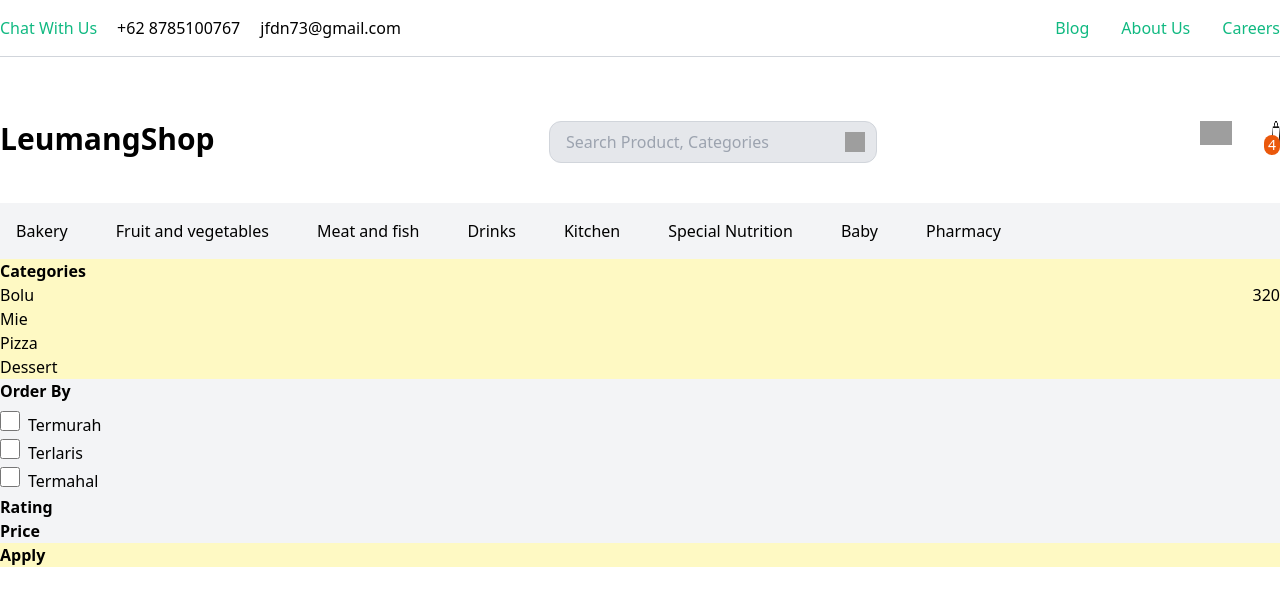
Repository: jafetdn73/ecommerce-tailwind
Page: /
An editor plug-in stored every save of this project. The page is shown before and after the next save, followed by the edit.
The browser window is 1280 px wide. The pictures show the whole page.
Pictures or frames that could not be fetched are drawn as grey boxes. The project was rebuilt for these pictures with package versions that can differ from the ones it lists, and the page was loaded fresh each time. Also part of the build but not shown: src/App.css.

Above is the page before, as saved 2022-03-13 12:34:09.

After the next save:
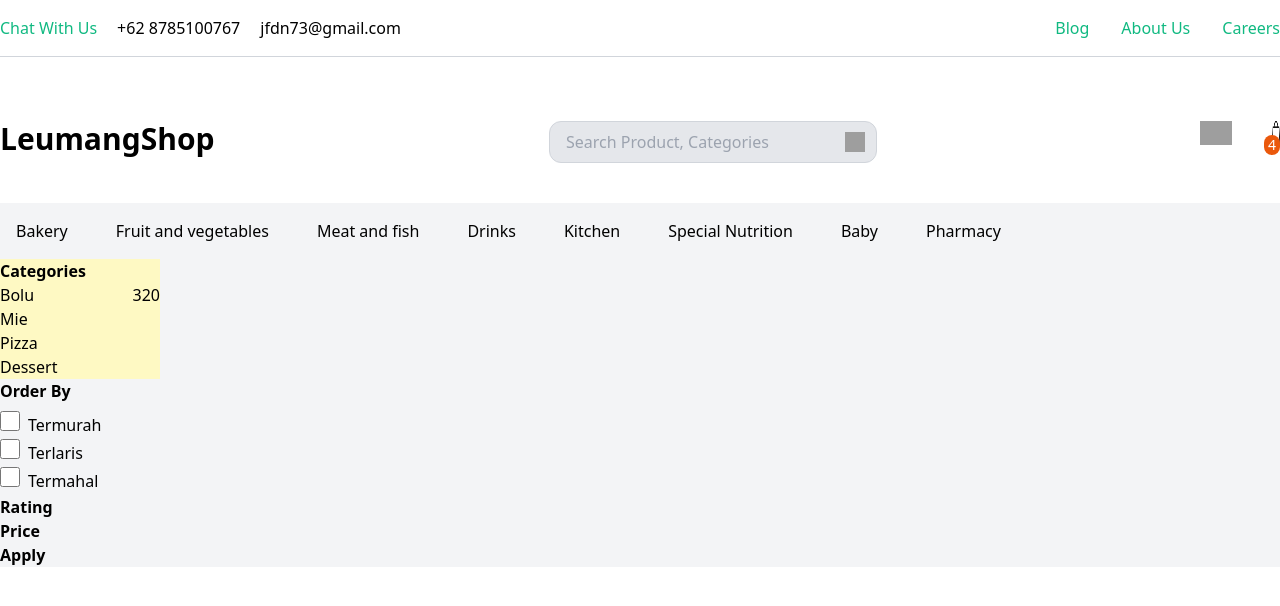
Saved 42 s later.
--- a/src/App.js
+++ b/src/App.js
@@ -53,9 +53,9 @@
         </ul>
         </div>
 
-      <div className="bg-yellow-100">
-        <div className="bg-yellow-100" >
-          <div className="bg-yellow-100 w-100">
+      <div className="bg-gray-100">
+        <div className="bg-gray-100" >
+          <div className="bg-yellow-100 w-40">
           <h1 className="font-bold text-base">Categories</h1>
           <ul>
             <div className="flex justify-between"><li>Bolu</li><label>320</label></div>

After the save that followed:
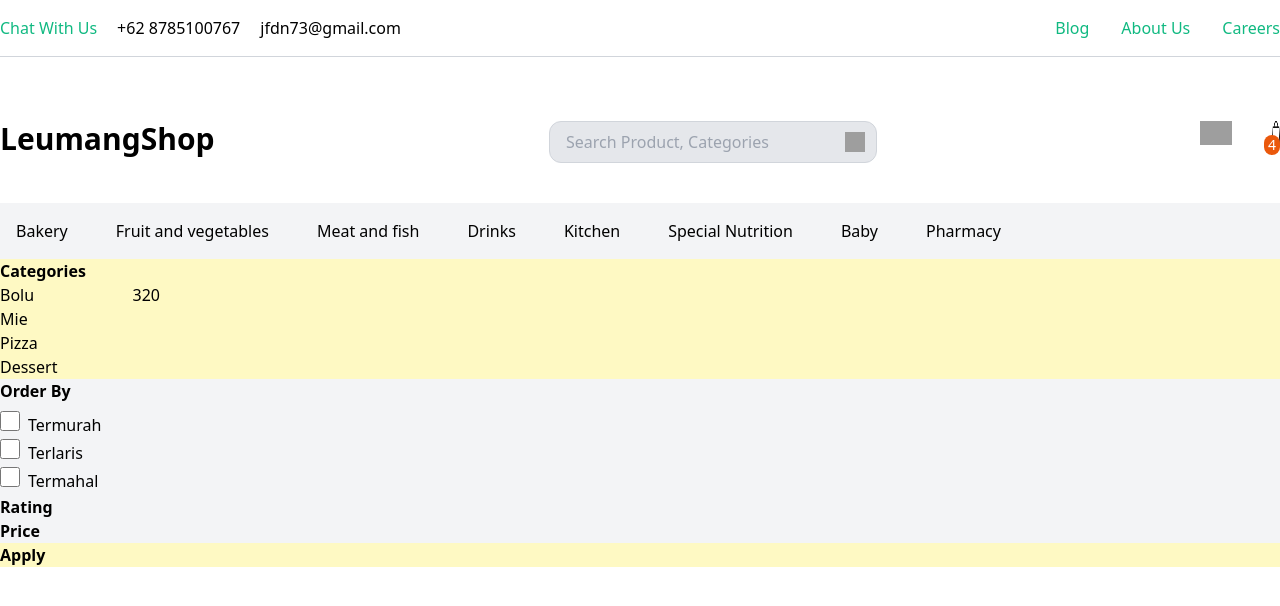
Saved 44 s later.
--- a/src/App.js
+++ b/src/App.js
@@ -54,7 +54,7 @@
         </div>
 
       <div className="bg-gray-100">
-        <div className="bg-gray-100" >
+        <div className="bg-yellow-100" >
           <div className="bg-yellow-100 w-40">
           <h1 className="font-bold text-base">Categories</h1>
           <ul>
